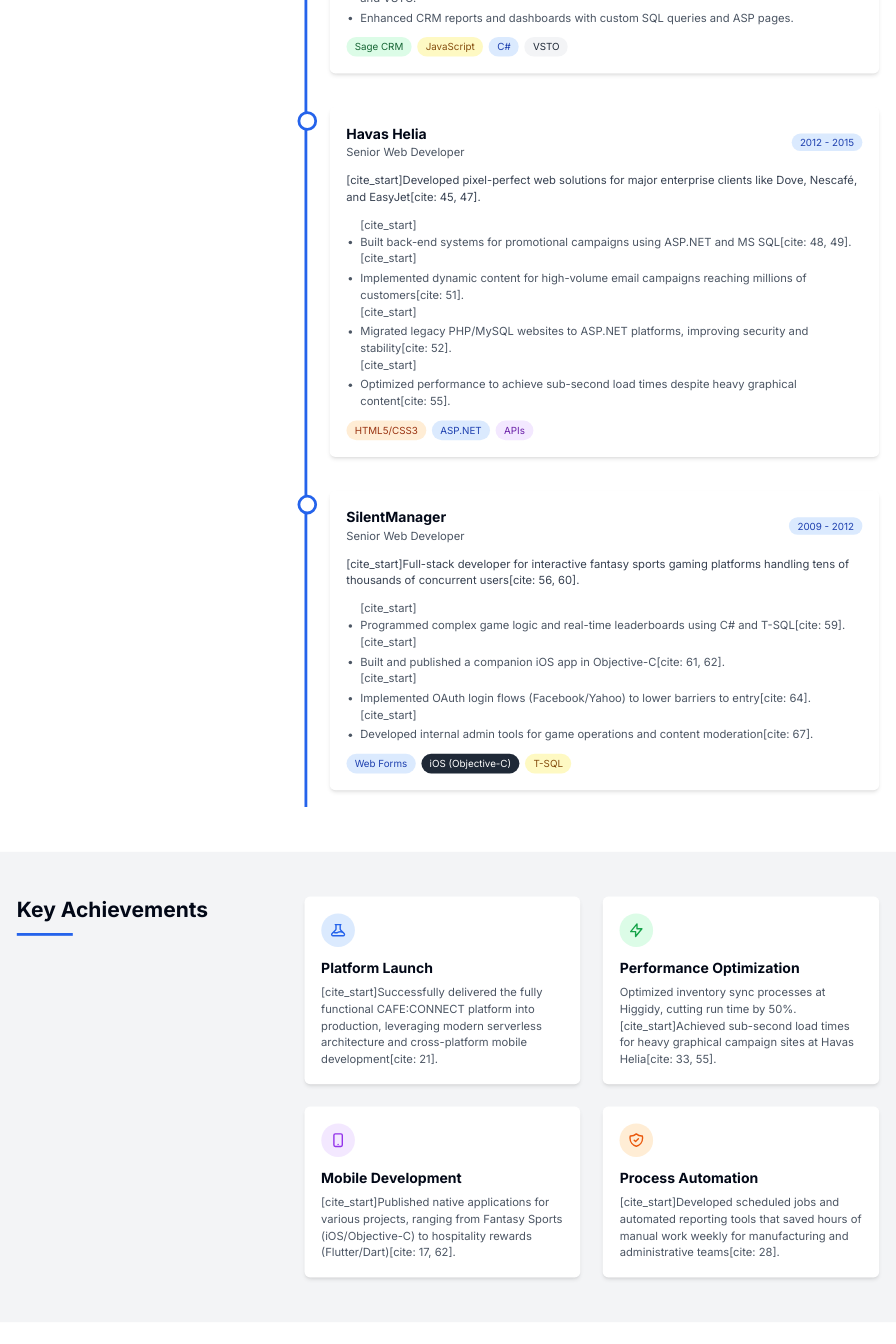
Repository: DaLexisX/WaddingBondWebsite
Page: /experience
An editor plug-in stored every save of this project. The page is shown before and after the next save, followed by the edit.
The browser window is 1280 px wide. The pictures show the part of the page from y = 1527 to 3447 px (the page is 4485 px tall before and 4341 px after), at 70% of full size.
The project was rebuilt for these pictures with package versions that can differ from the ones it lists, and the page was loaded fresh each time. The framework's server and built-in components were replaced by stand-ins that run in the browser. Also part of the build but not shown: next.config.ts.

Above is the page before, as saved 2025-11-30 16:04:25.

After the next save:
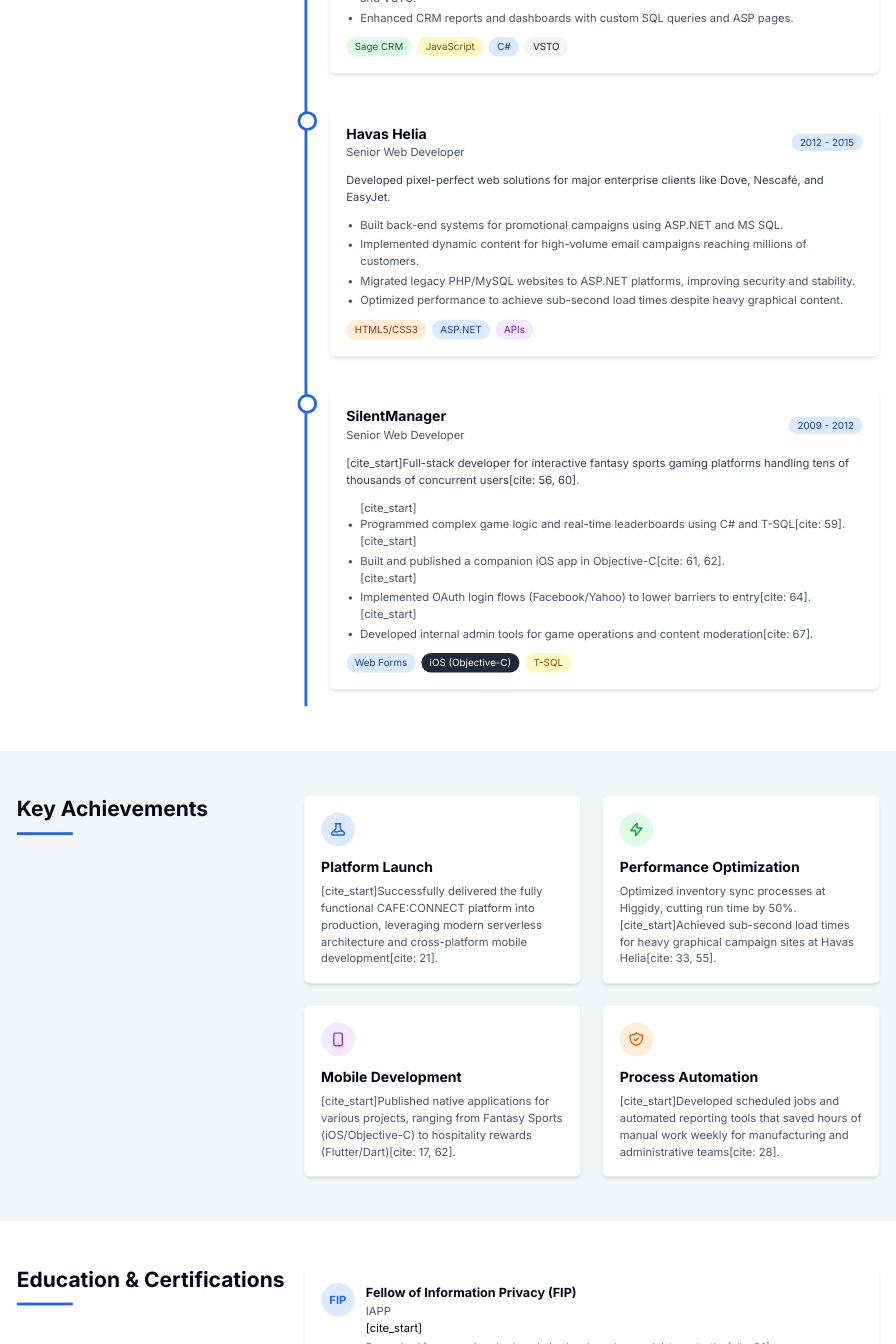
Saved 5 s later.
--- a/src/app/experience/page.tsx
+++ b/src/app/experience/page.tsx
@@ -135,13 +135,13 @@
                       </div>
                     </div>
                     <p className="text-gray-700 mb-4">
-                      [cite_start]Developed pixel-perfect web solutions for major enterprise clients like Dove, Nescafé, and EasyJet[cite: 45, 47].
-                    </p>
-                    <ul className="list-disc pl-5 space-y-1 text-gray-600 mb-4">
-                      [cite_start]<li>Built back-end systems for promotional campaigns using ASP.NET and MS SQL[cite: 48, 49].</li>
-                      [cite_start]<li>Implemented dynamic content for high-volume email campaigns reaching millions of customers[cite: 51].</li>
-                      [cite_start]<li>Migrated legacy PHP/MySQL websites to ASP.NET platforms, improving security and stability[cite: 52].</li>
-                      [cite_start]<li>Optimized performance to achieve sub-second load times despite heavy graphical content[cite: 55].</li>
+                      Developed pixel-perfect web solutions for major enterprise clients like Dove, Nescafé, and EasyJet.
+                    </p>
+                    <ul className="list-disc pl-5 space-y-1 text-gray-600 mb-4">
+                      <li>Built back-end systems for promotional campaigns using ASP.NET and MS SQL.</li>
+                      <li>Implemented dynamic content for high-volume email campaigns reaching millions of customers.</li>
+                      <li>Migrated legacy PHP/MySQL websites to ASP.NET platforms, improving security and stability.</li>
+                      <li>Optimized performance to achieve sub-second load times despite heavy graphical content.</li>
                     </ul>
                     <div className="flex flex-wrap gap-2">
                       <span className="bg-orange-100 text-orange-800 px-3 py-1 rounded-full text-sm">HTML5/CSS3</span>
